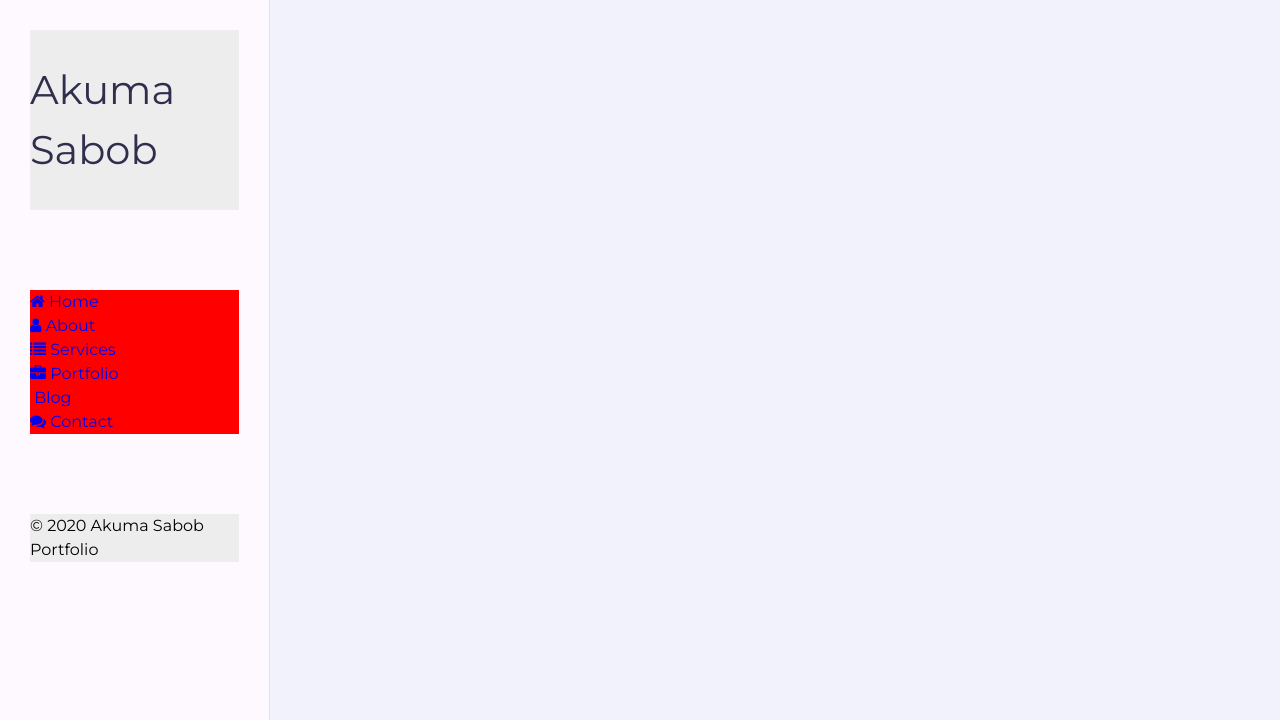
Repository: Akuma001/MY-Portfolio
Page: index.html
An editor plug-in stored every save of this project. The page is shown before and after the next save, followed by the edit.
The browser window is 1280 px wide. The pictures show the whole page.

Above is the page before, as saved 2020-12-12 21:40:48.

### index.html
<!DOCTYPE html>
<html lang="en">
<head>
  <title>Akuma Sabob</title>
  <meta charset="utf-8">
  <meta name="viewport" content="width=device-width, initial-scale=1">
   <!-- Template css Files -->
	<link rel="stylesheet" href="./css/style.css" type="text/css">
  <link rel="stylesheet" href="./css/skins/pink.css" type="text/css">
  <!-------Favcon icon-------->
  <link href="./images/favicon.ico" rel="icon" type="image/x-icon" />
</head>
<body>
<!-----------Main------------->
<div class="main-container">
<!-----------Side------------->
  <div class="aside">
    <div class="logo">
      <a href="#">Akuma Sabob</a>
    </div>
    <!----------Nav Bar---------->
    <ul class="nav">
      <li><a href="#"><i class="fa fa-home"></i> Home</a></li>
      <li><a href="#"><i class="fa fa-user"></i> About</a></li>
      <li><a href="#"><i class="fa fa-list"></i> Services</a></li>
      <li><a href="#"><i class="fa fa-briefcase"></i> Portfolio</a></li>
      <li><a href="#"><i class="fa fa-envelop"></i> Blog</a></li>
      <li><a href="#"><i class="fa fa-comments"></i> Contact</a></li>
    </ul>
    <div class="copyright-text">
      &copy; 2020 Akuma Sabob Portfolio
    </div>

  </div>
<!-----------Side End------------->

<!-----------Main content------------->
  <div class="main-content">
    <section class="home section">

    </section>
  </div>
<!-----------Main content End------------->

</div>
<!-----------Main------------->
</body>
</html>

### css/style.css

 /*Font Awesome Free Icon*/
 @import url("https://stackpath.bootstrapcdn.com/font-awesome/4.7.0/css/font-awesome.min.css");
 /*Google fonts*/
 @import url('https://fonts.googleapis.com/css?family=Montserrat:400,500,600,700&display=swap');
 @import url('https://fonts.googleapis.com/css?family=Rubik:500,700,900&display=swap');


body{
    margin: 0;
    line-height: 1.5;
    font-size: 16px;
    font-family: 'Montserrat', sans-serif;
    font-weight: 400;
}
*{
    margin: 0;
    padding: 0;
    outline: none;
    text-decoration: none;
    box-sizing: border-box;
}
::before, ::after{
    box-sizing: border-box;
}

.section{
    background-color: #f2f2fc;
    min-height: 100vh;
    display: block;
}
.main-content{
    padding-left: 270px;
}

 /*    aside  */
 .aside{
     width: 270px;
     background-color: #fdf9ff;
     position: fixed;
     height: 100%;
     left: 0;
     top: 0;
     z-index: 10;
     border-right: 1px solid #e8dfec;
     padding: 30px;
 }


 .aside .logo{
    background-color: #ededed;
    padding: 30px 0;

 }
 .aside .logo a{
     font-size: 40px;
     color: #302e4d;
 }
 .aside .nav{
     background-color: red;
     margin: 80px 0;
     list-style: none;
 }
 .aside .copyright-text{
    background-color: #ededed;
 }
 .aside .logo a{

}

Loaded but not shown: css/skins/pink.css (no copy from this time; the picture is the same without it)

After the next save:
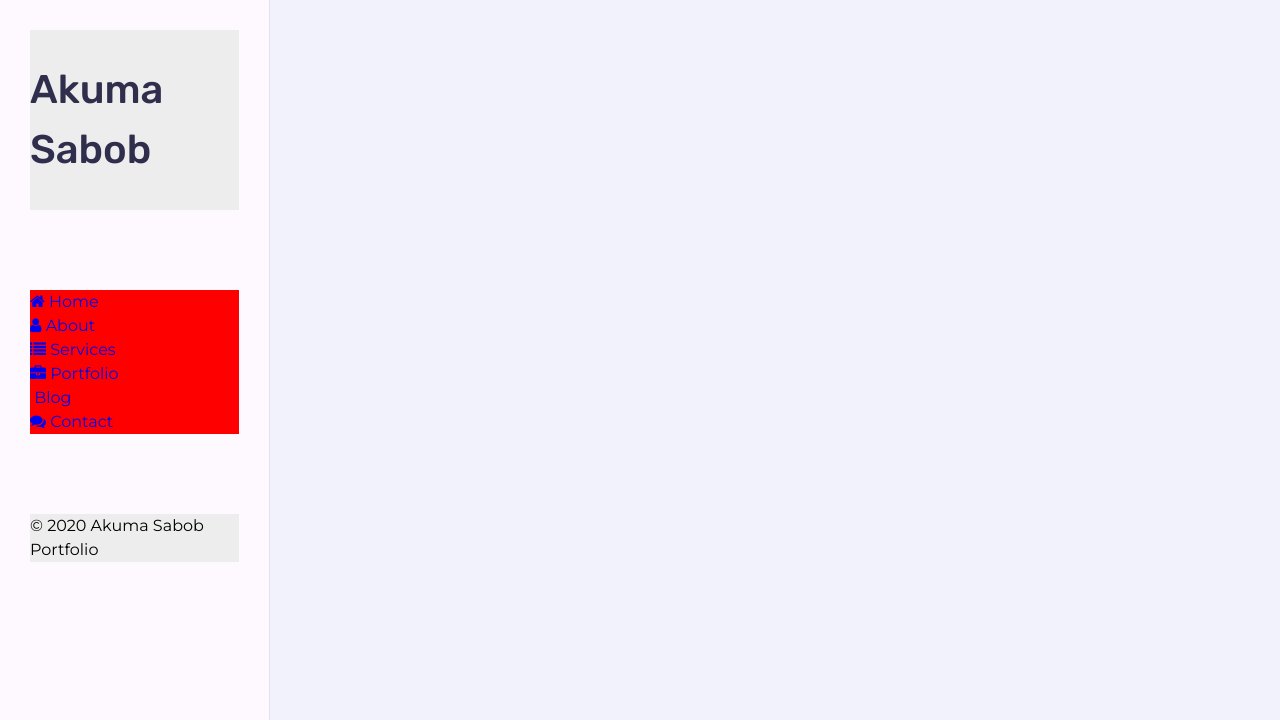
Saved 108 s later.
--- a/css/style.css
+++ b/css/style.css
@@ -55,6 +55,7 @@ body{
  .aside .logo a{
      font-size: 40px;
      color: #302e4d;
+     font-family: 'Rubik', sans-serif;
  }
  .aside .nav{
      background-color: red;
